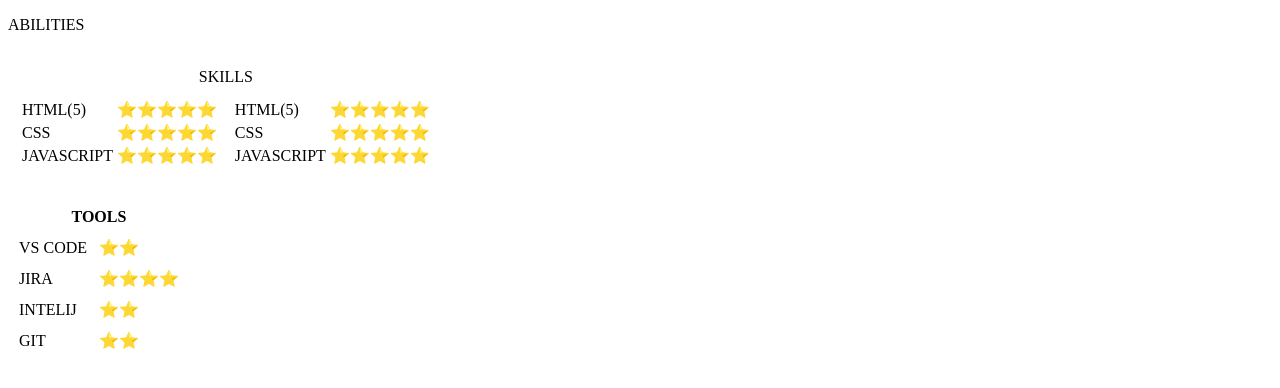
Repository: ew-code/Web-Development
Page: HTML - Personal Site/abilities.html
These files come from the project's save history. The page is drawn as it stood at one moment and after the next save; the edit follows.
The browser window is 1280 px wide. The pictures show the whole page.

Above is the page before, as saved 2021-01-03 20:25:07.

After the next save:
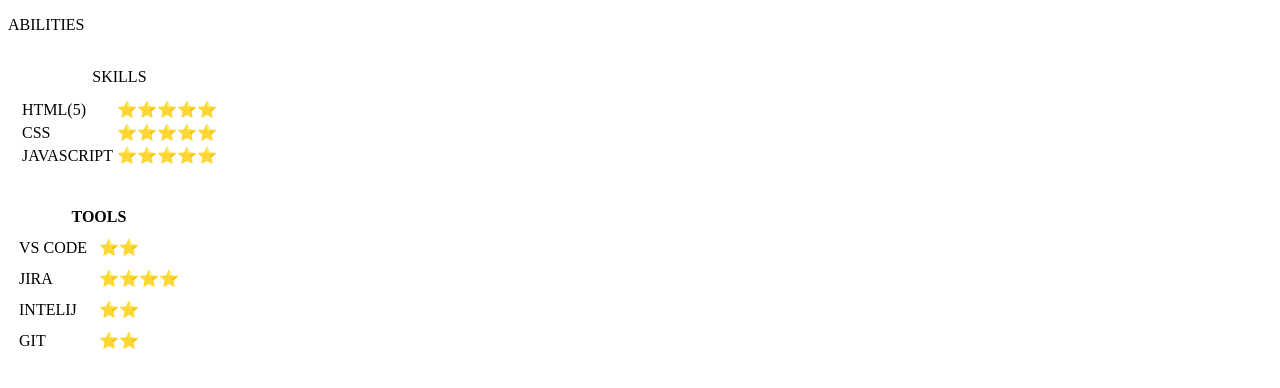
Saved 52 s later.
--- a/HTML - Personal Site/abilities.html
+++ b/HTML - Personal Site/abilities.html
@@ -30,24 +30,6 @@
             <td>⭐⭐⭐⭐⭐</td>
           </tr>
         </table>
-      </td>
-      <td>
-        <table>
-          <tr>
-            <td>HTML(5)</td>
-            <td>⭐⭐⭐⭐⭐</td>
-          </tr>
-          <tr>
-            <td>CSS</td>
-            <td>⭐⭐⭐⭐⭐</td>
-          </tr>
-          <tr>
-            <td>JAVASCRIPT</td>
-            <td>⭐⭐⭐⭐⭐</td>
-          </tr>
-        </table>
-      </td>
-    </tr>
   </table>
   <br>
   <table cellspacing="10">
